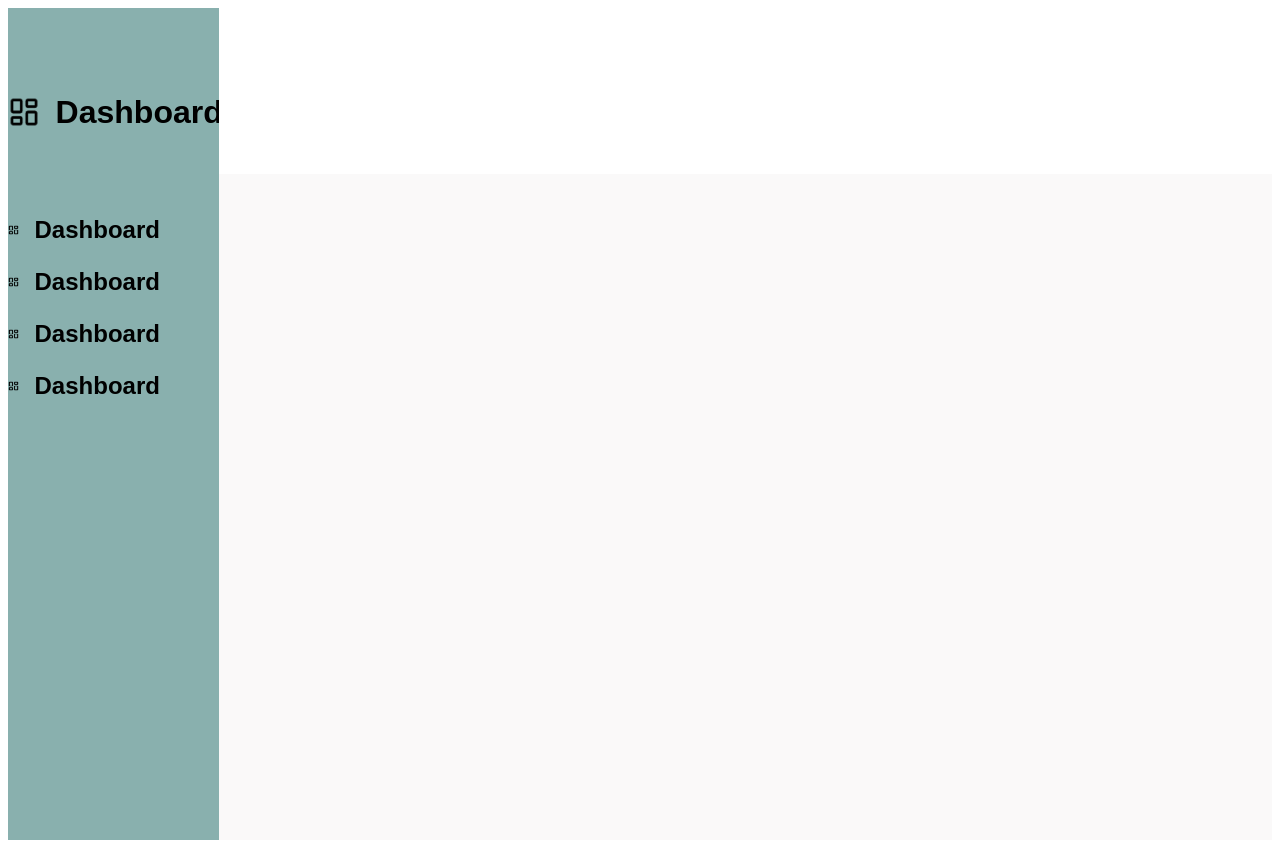
Repository: yeetzpxoci/dashboard
Page: index.html
These files come from the project's save history. The page is drawn as it stood at one moment and after the next save; the edit follows.
The browser window is 1280 px wide. The pictures show the whole page.

Above is the page before, as saved 2023-02-17 19:12:11.

### index.html
<!DOCTYPE html>
<html lang="en">
<head>
    <meta charset="UTF-8">
    <meta http-equiv="X-UA-Compatible" content="IE=edge">
    <meta name="viewport" content="width=device-width, initial-scale=1.0">
    <link rel="stylesheet" type="text/css" href="styles.css" />
    <title>Dashboard</title>
</head>
<body>
    <div class="sidebar">
        <div class="logo">
            <img src="dashboard-layout.png">
            <p>Dashboard</p>
        </div>

        <div class="icon-container">
            <div class="icon">
                <img src="dashboard-layout.png">
                <p>Dashboard</p>
            </div>

            <div class="icon">
                <img src="dashboard-layout.png">
                <p>Dashboard</p>
            </div>

            <div class="icon">
                <img src="dashboard-layout.png">
                <p>Dashboard</p>
            </div>

            <div class="icon">
                <img src="dashboard-layout.png">
                <p>Dashboard</p>
            </div>
        </div>
    </div>

    <div class="header">

    </div>

    <div class="main-content">

    </div>
</body>
</html>

### styles.css
body {
    min-height: 100vh;
    display: grid;
    grid-template-columns: 1fr 5fr;
    grid-template-rows: 1fr 4fr;
    font-family: Arial, Helvetica, sans-serif;
}

.sidebar {
    background-color: #89B0AE;
    grid-column: 1 / 2;
    grid-row: 1 / 3;
    display: grid;
    grid-template-rows: 1fr 1fr 1fr 1fr;
}

.icon-container {
    display: flex;
    flex-direction: column;
}

.logo, .icon {
    display: flex;
    align-items: center;
    font-weight: bold;
    gap: 16px;
}

.logo {
    font-size: 32px;
}

.icon {
    margin-top: -24px;
    font-size: 24px;
}

.logo img {
    width: 15%;
}

.icon img {
    width: 5%;
}

.header {
    background-color: white;
    grid-column: 2 / 3;
    grid-row: 1 / 2;
}

.main-content {
    background-color: #FAF9F9;
    grid-column: 2 / 3;
    grid-row: 2 / 3;
}

After the next save:
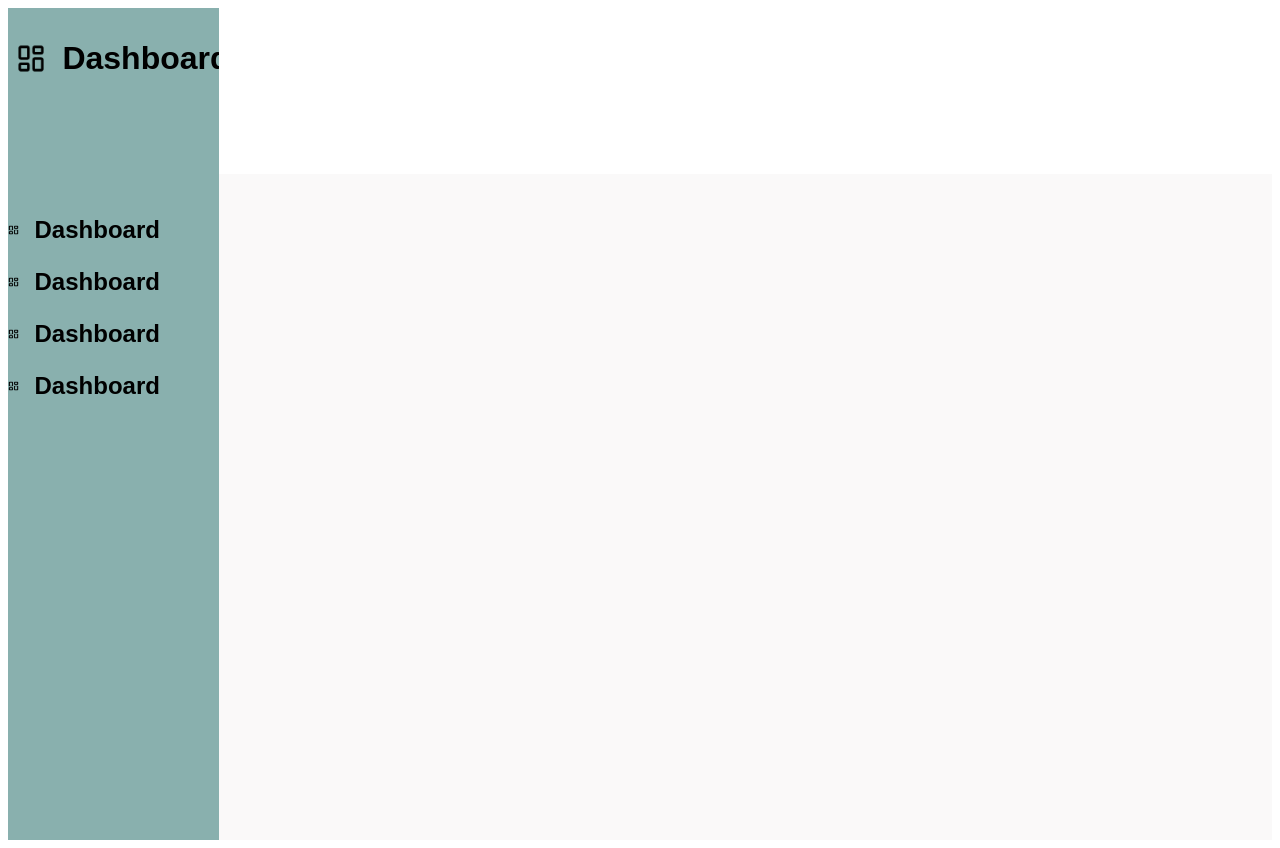
Saved 55 s later.
--- a/styles.css
+++ b/styles.css
@@ -28,6 +28,8 @@ body {
 
 .logo {
     font-size: 32px;
+    align-self: baseline;
+    margin-left: 8px;
 }
 
 .icon {
